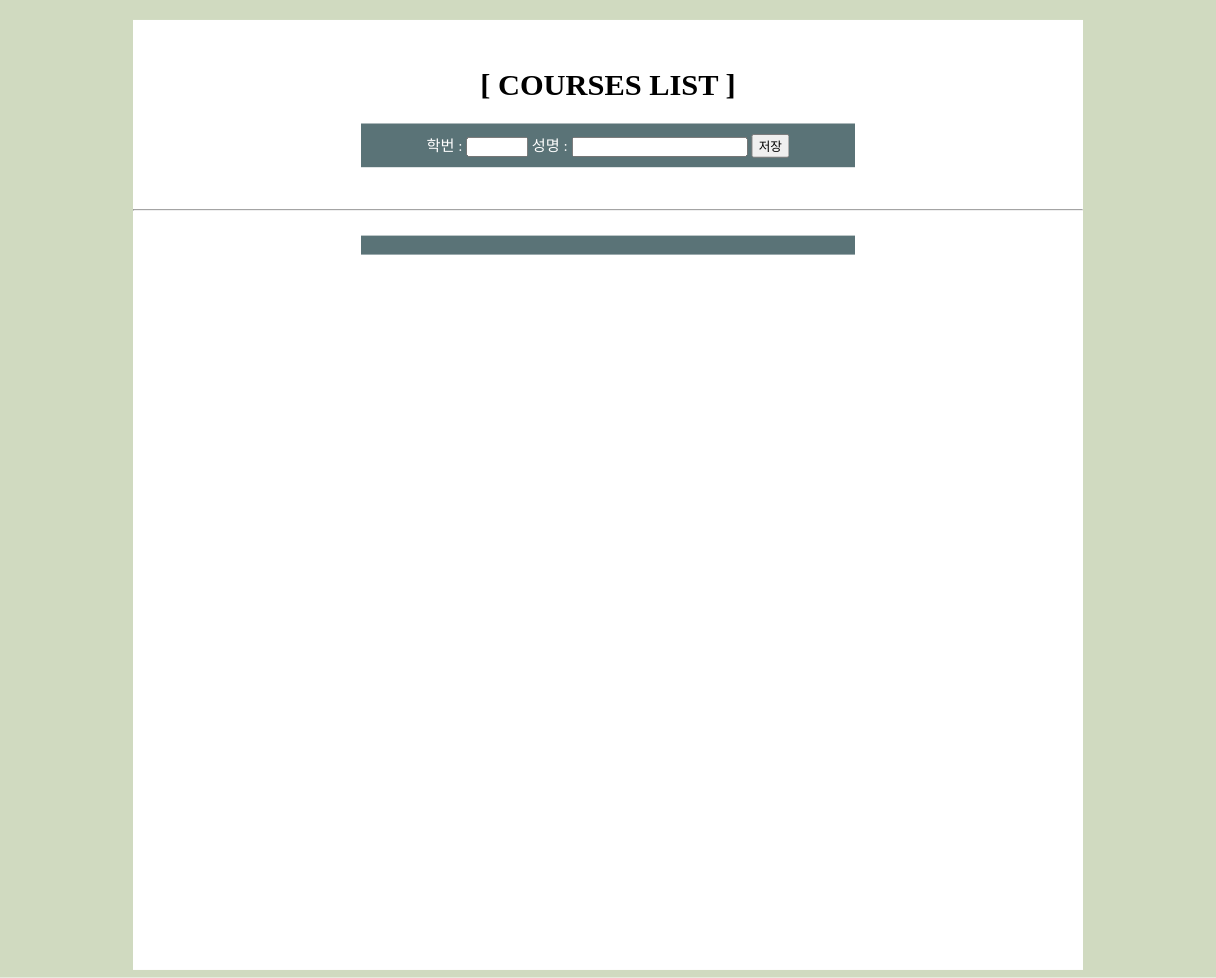
Repository: eeul07/html
Page: ex0508/WebContent/clist.html
The author's editor kept a copy of each file at every save. The page is drawn from the files as they stood at one save, then again after the next save.
The browser window is 1280 px wide. The pictures show the whole page, at 95% of full size.
Some web libraries are served in a nearby version.

Above is the page before, as saved 2020-05-08 07:15:26.

After the next save:
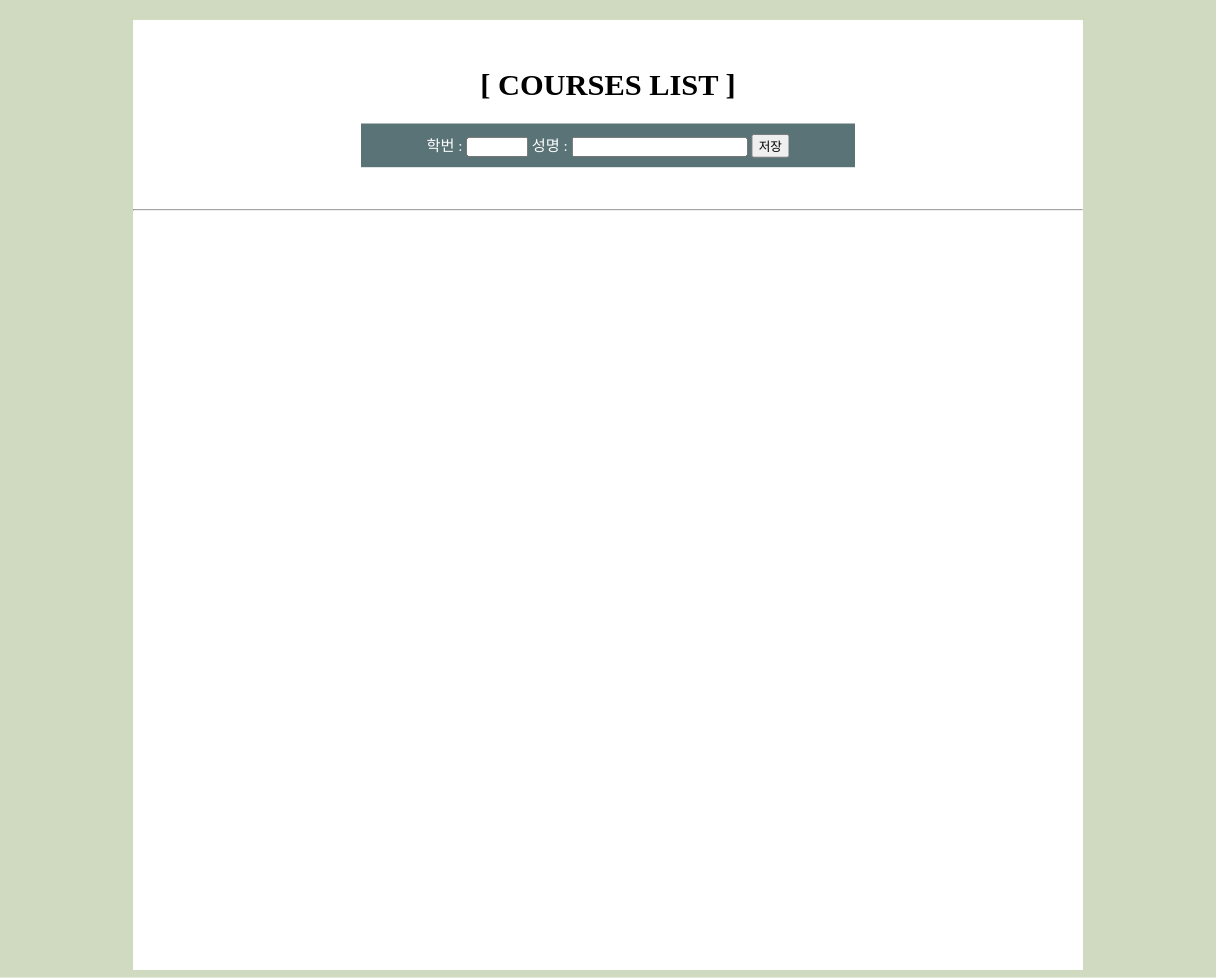
Saved 107 s later.
--- a/ex0508/WebContent/clist.html
+++ b/ex0508/WebContent/clist.html
@@ -58,7 +58,7 @@
 </body>
 <script>
 	getList();
-
+	$("#info").hide();
 	// 수강신청학생 보기
 	$("#tbl").on("click", ".row", function(){
 		$("#tbl1").hide();
@@ -77,6 +77,7 @@
 					var temp=Handlebars.compile($("#temp1").html());
 			         $("#tbl1").html(temp(data));
 			         $("#tbl1").show();
+			         $("#info").show();
 				}
 			}
 		});
